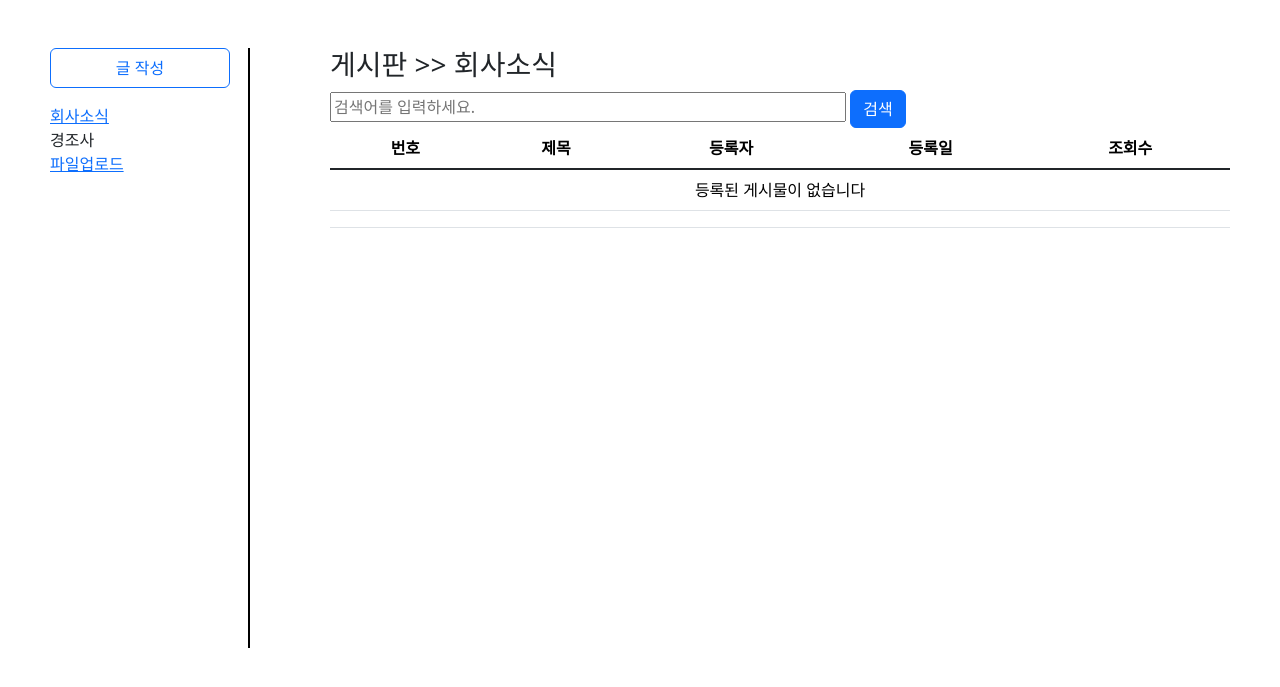
Repository: KimDongGyuu/final
Page: http://localhost/aceworks/WEB-INF/views/company_news/company_news_List.jsp
These files come from the project's save history. The page is drawn as it stood at one moment and after the next save; the edit follows.
The browser window is 1280 px wide. The pictures show the whole page.
The page is served by Tomcat 9. Nobody is signed in. The template is opened directly, without the code that normally fills it, so the values that code supplies are empty.

Above is the page before, as saved 2024-03-17 03:57:12.

After the next save:
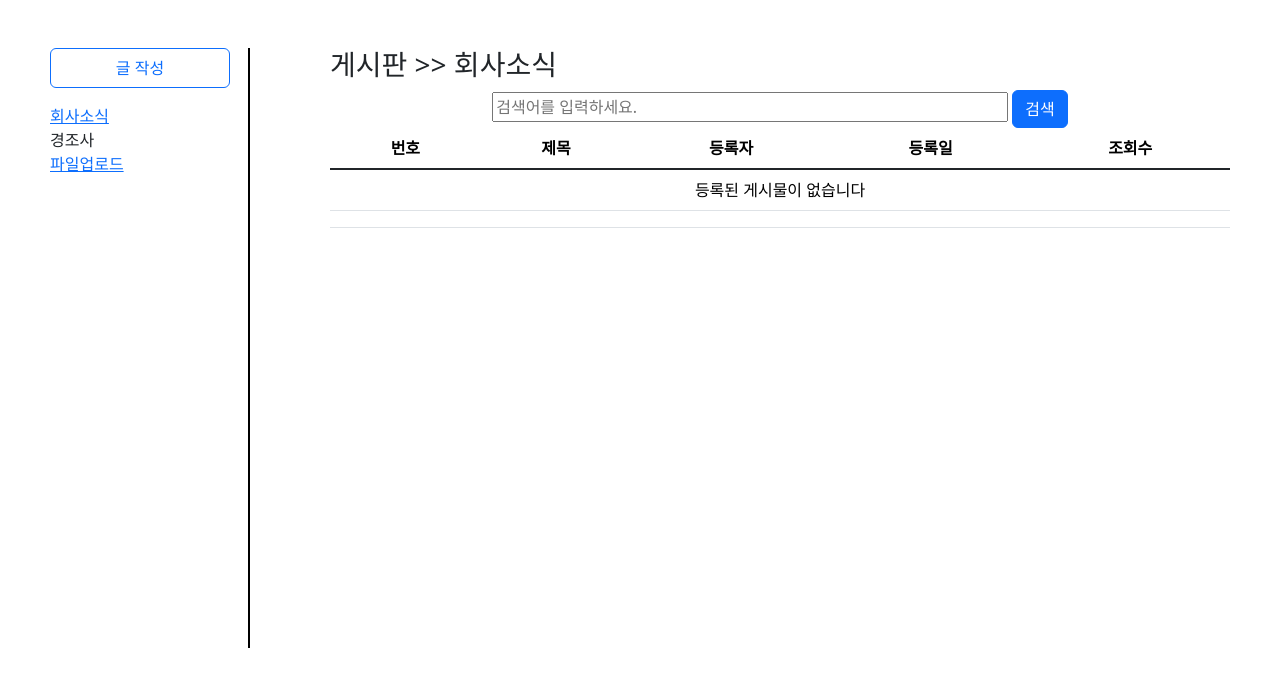
Saved 45 s later.
--- a/aceworks/src/main/webapp/WEB-INF/views/company_news/company_news_List.jsp
+++ b/aceworks/src/main/webapp/WEB-INF/views/company_news/company_news_List.jsp
@@ -44,7 +44,7 @@ h3 {
 		</div>
 		<div id="right">
 		<div class="mt-5 mb-2"><span class="h3">게시판 &gt;&gt; 회사소식</span></div>
-<div>
+<div class="mt-2 d-flex gap-2 justify-content-center">
     <form action="company_newsSearch.do">
         <input type="text" id="searchKeyword" name="keyword" placeholder="검색어를 입력하세요." size="50" style="height: px;">
         <button id="Sbt" type="submit" class="btn btn btn-primary">검색</button>
